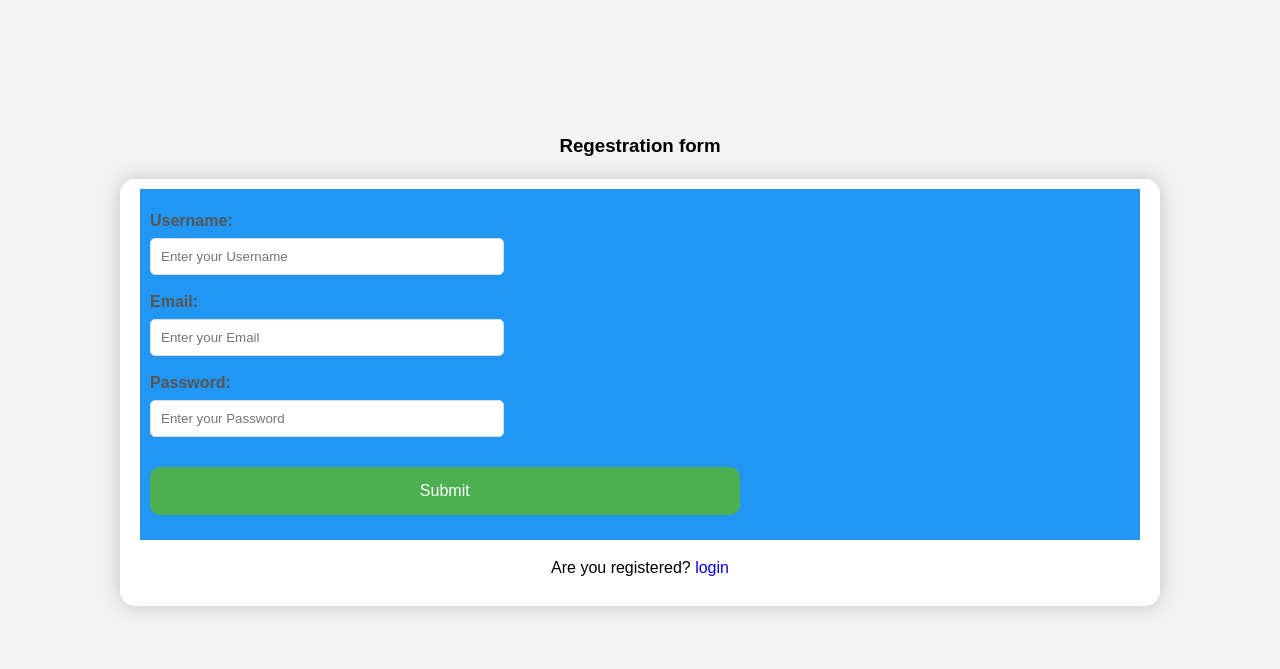
Repository: alizey12/Regestratin-Form-js
Page: regester.html
An editor plug-in stored every save of this project. The page is shown before and after the next save, followed by the edit.
The browser window is 1280 px wide. The pictures show the whole page.

Above is the page before, as saved 2024-11-29 13:43:24.

### regester.html
<!DOCTYPE html>
<html lang="en">
<head>
    <meta charset="UTF-8">
    <meta name="viewport" content="width=device-width, initial-scale=1.0">
    <link rel="stylesheet" href="regester.css">
    <title>Regestration form</title>
</head>
<body>
<h3>Regestration form</h3>


    <div class="main">

    <div class="grid-container">
        <form action="">
            <label for="first">
                Username:
            </label>
            <input type="text" id="first" name="first"
                placeholder="Enter your Username" required>

                <label for="first">
                    Email:
                </label>
                <input type="email" id="first" name="email"
                    placeholder="Enter your Email" required>

            <label for="password">
                Password:
            </label>
            <input type="password" id="password" name="password"
                placeholder="Enter your Password" required>

            <div class="wrap">
                <button type="submit">
                    Submit
                </button>
            </div>
        </form>
    </div>


        <p>Are you registered?
            <a href="signin.html" style="text-decoration: none;">
               login
            </a>
        </p>
    </div>


</body>
</html>

### regester.css


body {
    display: flex;
    align-items: center;
    justify-content: center;
    font-family: sans-serif;
    line-height: 1.5;
    min-height: 100vh;
    background: #f3f3f3;
    flex-direction: column;
    margin: 0;
}
.main {
    background-color: #fff;
    border-radius: 15px;
    box-shadow: 0 0 20px rgba(0, 0, 0, 0.2);
    padding: 10px 20px;
    transition: transform 0.2s;
    width: 1000px;
    text-align: center;
}

h1 {
    color: #4CAF50;
}

label {
    display: block;
    width: 60%;
    margin-top: 10px;
    margin-bottom: 5px;
    text-align: left;
    color: #555;
    font-weight: bold;
}

input {
    display: block;
    width: 60%;
    margin-bottom: 15px;
    padding: 10px;
    box-sizing: border-box;
    border: 1px solid #ddd;
    border-radius: 5px;
}

button {
    padding: 15px;
    border-radius: 10px;
    margin-top: 15px;
    margin-bottom: 15px;
    border: none;
    color: white;
    cursor: pointer;
    background-color: #4CAF50;
    width: 100%;
    font-size: 16px;
}

.wrap {
    display: flex;
    justify-content: center;
    align-items: center;
}



.grid-container{
    display: grid;
    grid-template-columns: auto auto;
    background-color: #2196F3;
    padding: 10px;
}

After the next save:
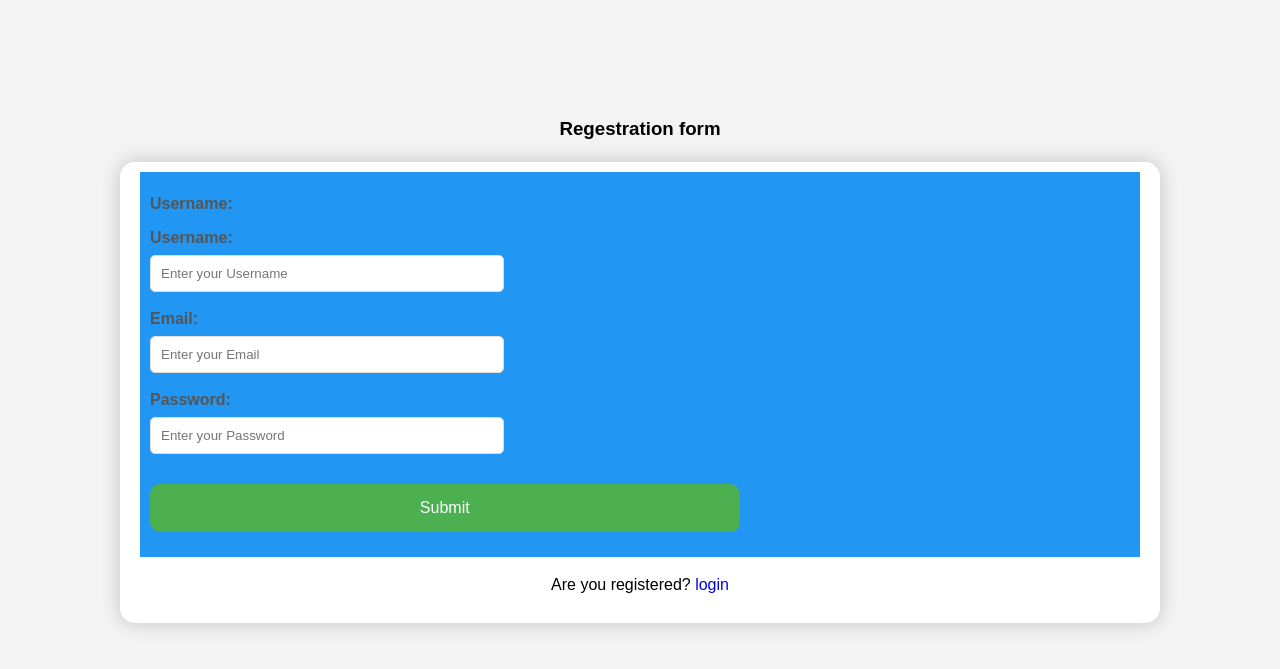
Saved 23 s later.
--- a/regester.html
+++ b/regester.html
@@ -14,6 +14,9 @@
 
     <div class="grid-container">
         <form action="">
+            <label for="first">
+                Username:
+            </label>
             <label for="first">
                 Username:
             </label>
